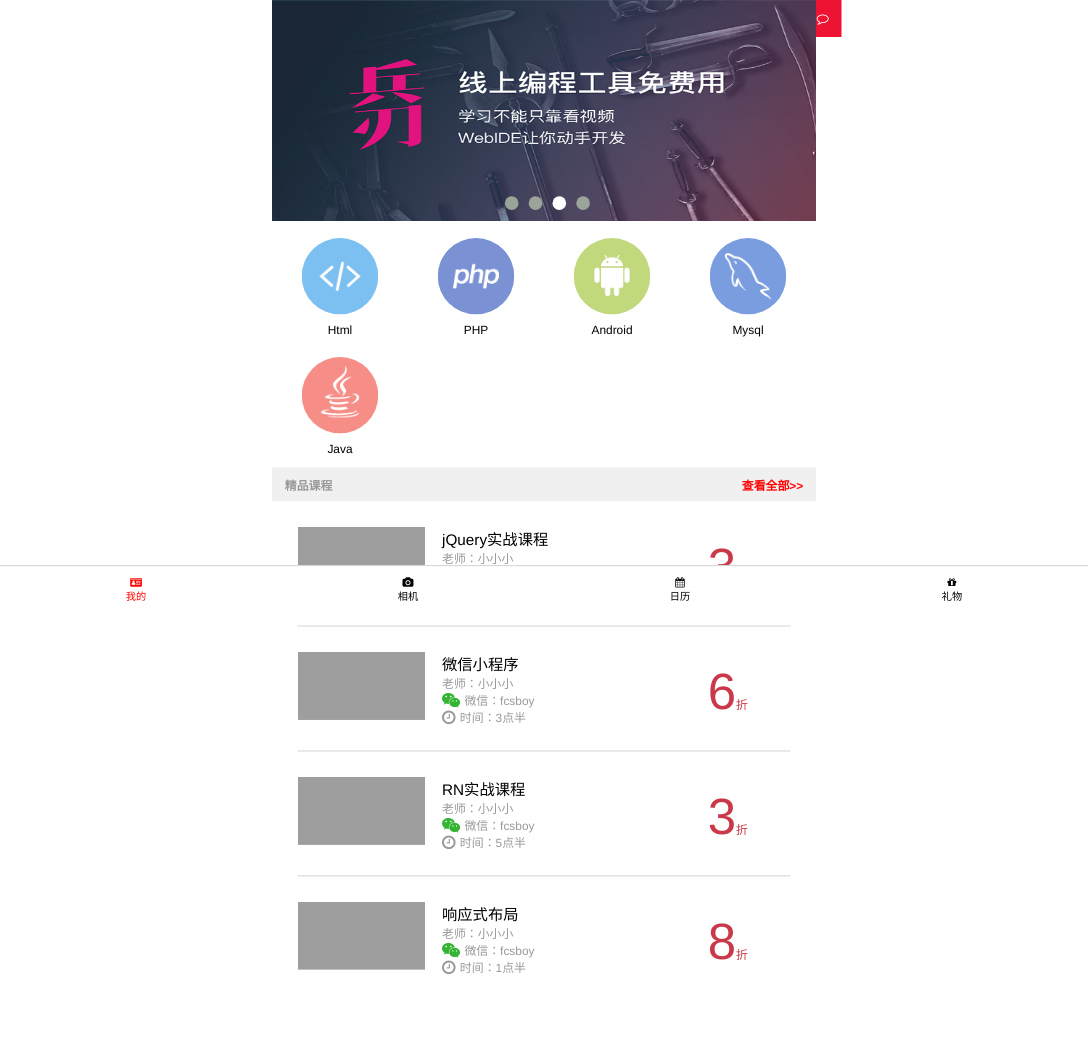
Repository: zhenzhen-gong/flextContent
Page: index.html
These files come from the project's save history. The page is drawn as it stood at one moment and after the next save; the edit follows.
The browser window is 1280 px wide. The pictures show the whole page, at 85% of full size.
Pictures or frames that could not be fetched are drawn as grey boxes.

Above is the page before, as saved 2020-06-19 11:04:21.

After the next save:
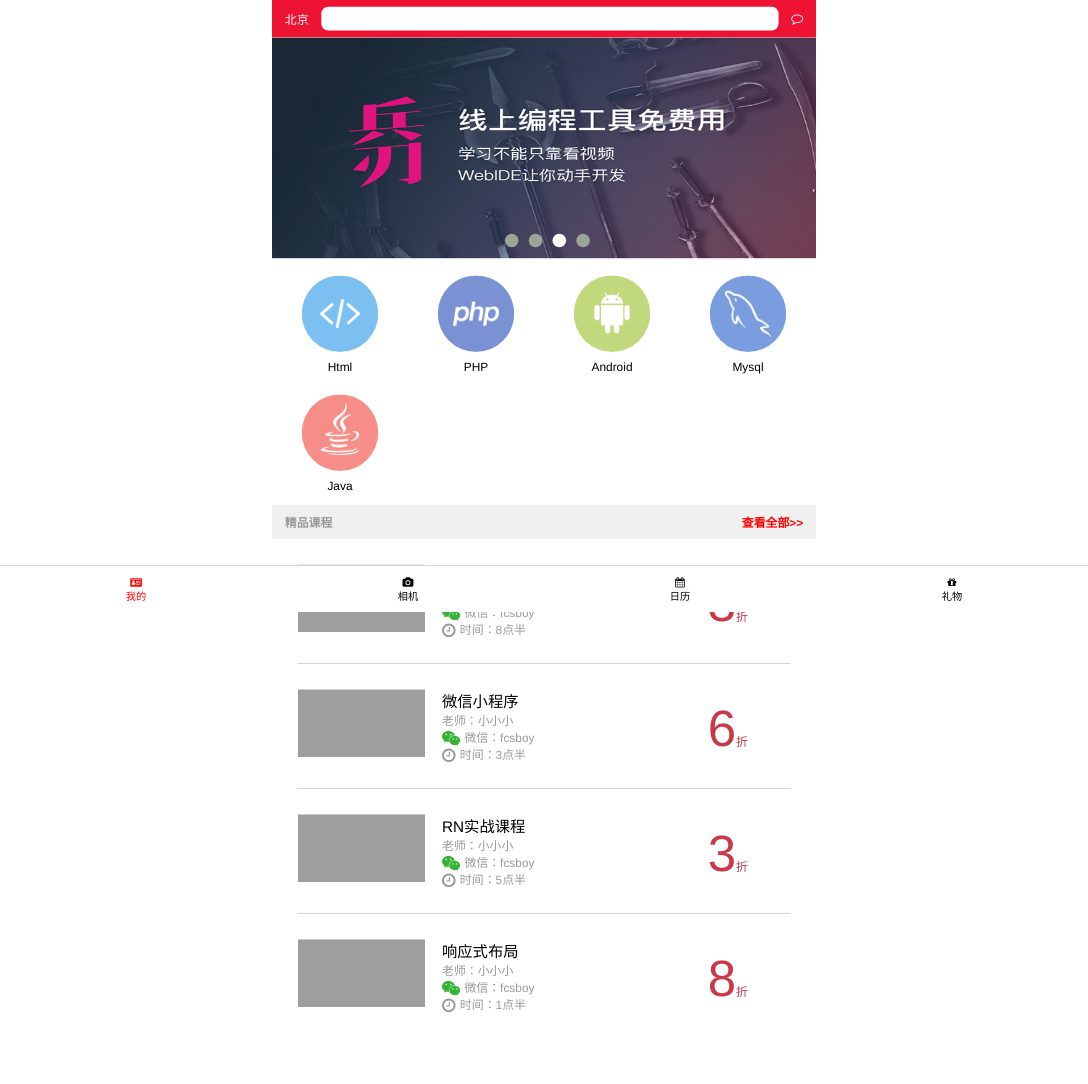
Saved 26 s later.
--- a/css/style.css
+++ b/css/style.css
@@ -22,10 +22,7 @@
 }
 /* 头部导航 */
 .Tbox>header{
-   position: fixed;
-   top: 0;
    height: 44px;
-   width: 640px;
    padding: 0 15px;
    background: #ef1333;
    display: flex;

After the save that followed:
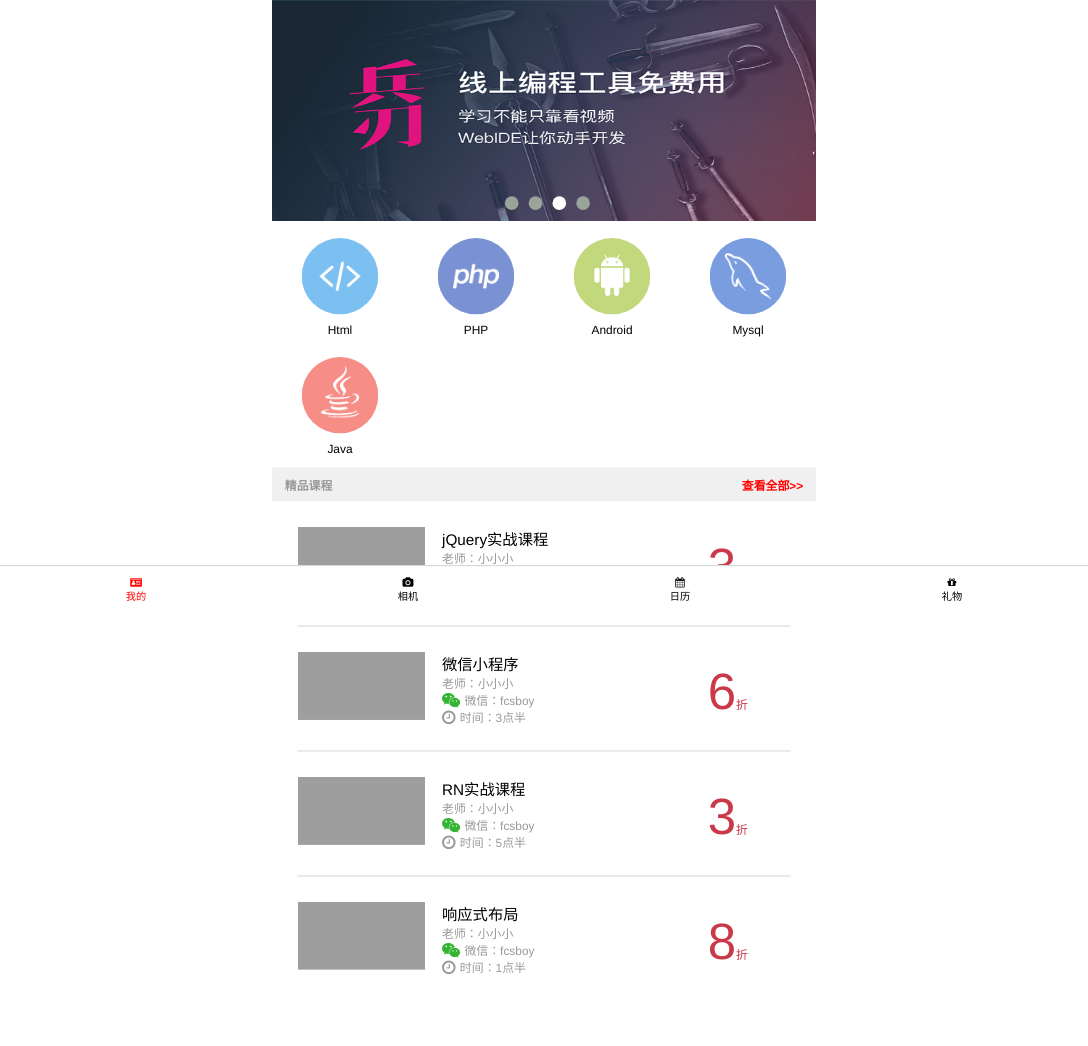
Saved 91 s later.
--- a/css/style.css
+++ b/css/style.css
@@ -22,6 +22,7 @@
 }
 /* 头部导航 */
 .Tbox>header{
+    position: fixed;
    height: 44px;
    padding: 0 15px;
    background: #ef1333;
